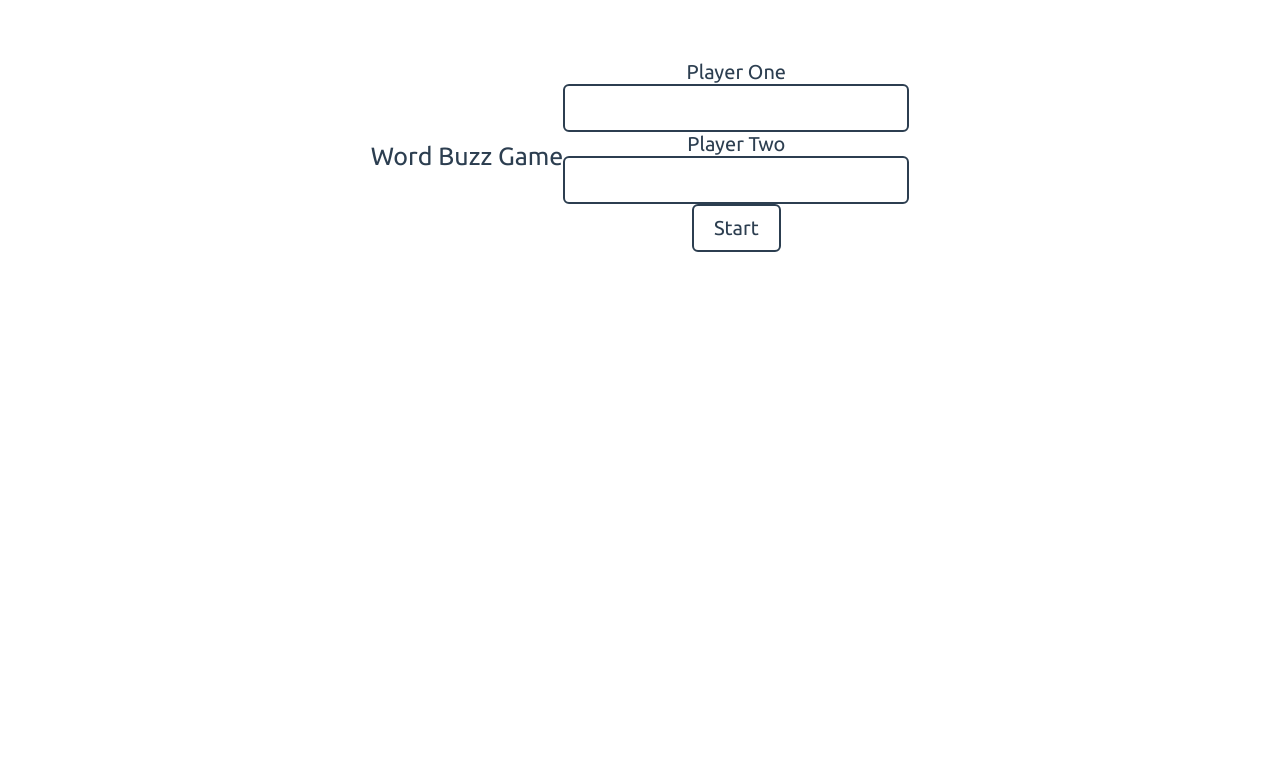
Repository: victorighalo/word-buzz-vue
Page: /
The author's editor kept a copy of each file at every save. The page is drawn from the files as they stood at one save, then again after the next save.
The browser window is 1280 px wide. The pictures show the whole page.
The project was rebuilt for these pictures with package versions that can differ from the ones it lists, and the page was loaded fresh each time. Also part of the build but not shown: vue.config.js.

Above is the page before, as saved 2021-09-19 22:47:03.

After the next save:
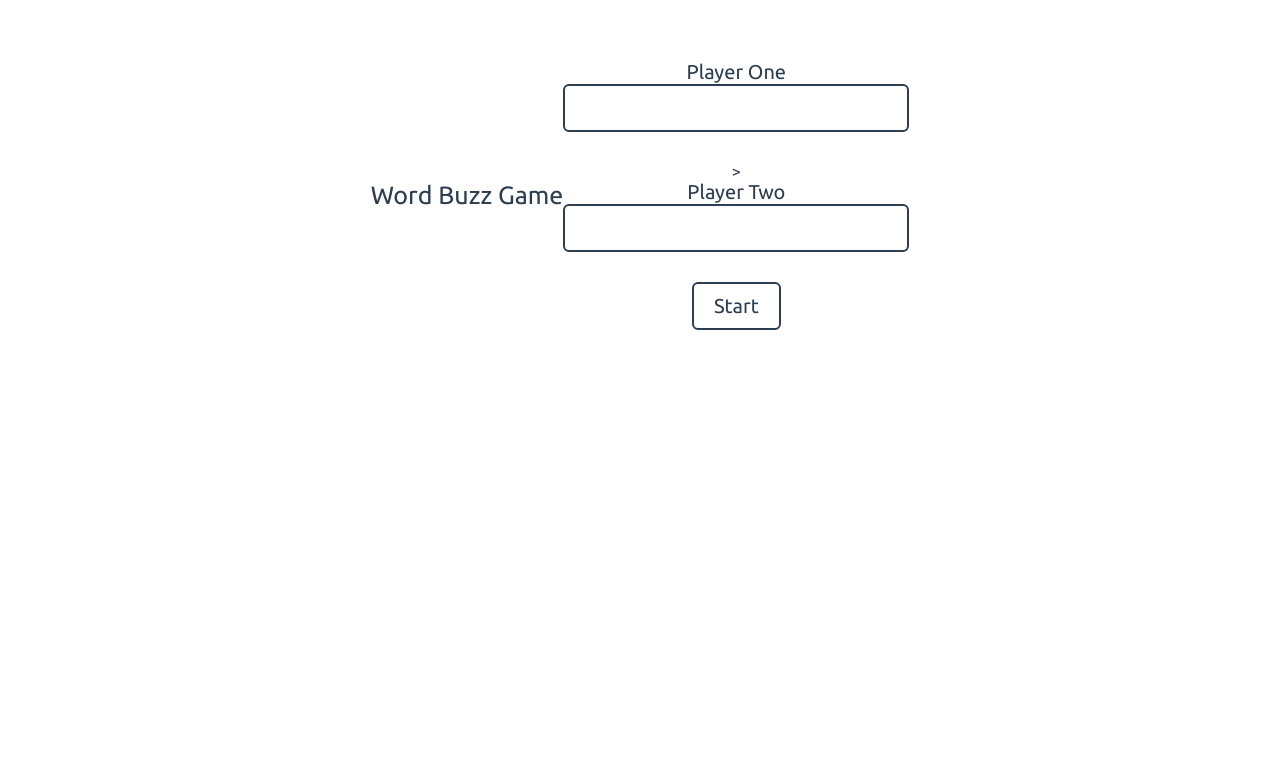
Saved 86 s later.
--- a/src/assets/styles.scss
+++ b/src/assets/styles.scss
@@ -39,6 +39,12 @@ input {
 h3{
 font-size: 25px;
 }
+.mb{
+    margin-bottom: 30px;
+}
+.mt{
+    margin-top: 30px;
+}
 h5{
     font-size: 20px;
     }
--- a/src/components/GameContainer.vue
+++ b/src/components/GameContainer.vue
@@ -7,11 +7,11 @@
    </div>
    <div class="content">
      <div class="players" v-if="!uiProps.gameStarted">
-       <div>
+       <div class="mb">
          <h5>Player One</h5>
          <input type="text" v-model="uiProps.playerOne.name">
        </div>
-       <div>
+       <div class="mb">>
          <h5>Player Two</h5>
          <input type="text" v-model="uiProps.playerTwo.name">
        </div>
